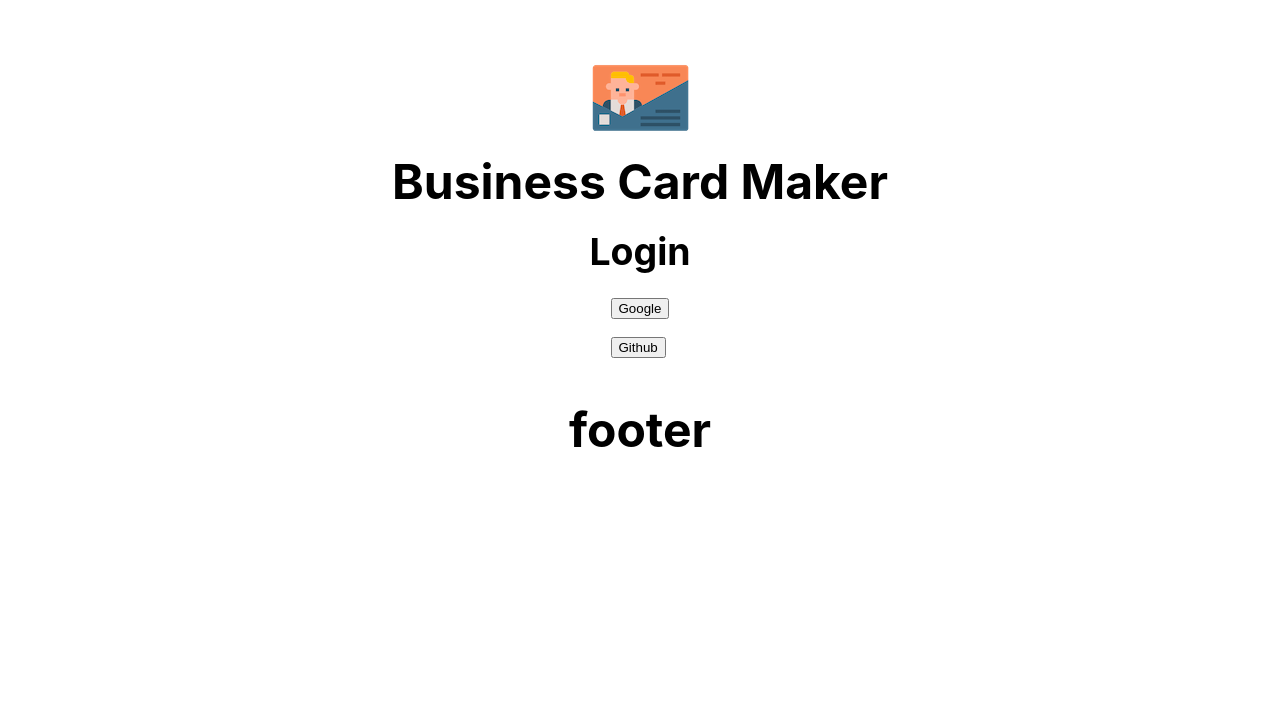
Repository: gomgomigom/firebase_practice_card_maker
Page: /
The author's editor kept a copy of each file at every save. The page is drawn from the files as they stood at one save, then again after a run of saves.
The browser window is 1280 px wide. The pictures show the whole page.
The page's requests for data from a server got no answer. The project was rebuilt for these pictures with package versions that can differ from the ones it lists, and the page was loaded fresh each time. No one was signed in, and anything a server would have sent is missing.

Above is the page before, as saved 2022-01-21 13:52:55.

### public/index.html
<!DOCTYPE html>
<html lang="en">
  <head>
    <meta charset="utf-8" />
    <link rel="icon" href="./images/logo.png" />
    <meta name="viewport" content="width=device-width, initial-scale=1" />
    <meta name="theme-color" content="#000000" />
    <meta
      name="description"
      content="Web site created using create-react-app"
    />
    <title>Card-Maker</title>
  </head>
  <body>
    <noscript>You need to enable JavaScript to run this app.</noscript>
    <div id="root"></div>
  </body>
</html>

### src/index.js
import React from 'react';
import ReactDOM from 'react-dom';
import './index.module.css';
import App from './app';
import AuthService from './service/auth_service';

const authService = new AuthService();
ReactDOM.render(
  <React.StrictMode>
    <App authService={authService} />
  </React.StrictMode>,
  document.getElementById('root')
);

### src/app.js
import './app.css';
import Login from './components/login/login';

function App({ authService }) {
  return (
    <h1>
      <Login authService={authService} />
    </h1>
  );
}

export default App;

### src/service/auth_service.js
import firebase from 'firebase';
import firebaseApp from './firebase';

class AuthService {
  login(providerName) {
    const authProvider = new firebase.auth[`${providerName}AuthProvider`]();
    return firebaseApp.auth().signInWithPopup(authProvider);
  }
}
export default AuthService;

### src/components/login/login.jsx
import React from 'react';
import Footer from '../footer/footer';
import Header from '../header/header';
import styles from './login.module.css';

const Login = ({ authService }) => {
  const onLogin = (event) => {
    authService //
      .login(event.currentTarget.textContent)
      .then(console.log);
  };

  return (
    <section className={styles.login}>
      <Header />
      <section className={styles.loginList}>
        <h1 className={styles.title}>Login</h1>
        <ul>
          <li>
            <button className={styles.button} onClick={onLogin}>
              Google
            </button>
          </li>
          <li>
            <button className={styles.button} onClick={onLogin}>
              Github
            </button>
          </li>
        </ul>
      </section>
      <Footer />
    </section>
  );
};

export default Login;

### src/service/firebase.js
import firebase from 'firebase';

const firebaseConfig = {
  apiKey: process.env.REACT_APP_FIREBASE_API_KEY,
  authDomain: process.env.REACT_APP_FIREBASE_AUTH_DOMAIN,
  projectId: process.env.REACT_APP_FIREBASE_PROJECT_ID,
  storageBucket: process.env.REACT_APP_FIREBASE_STORAGE_BUCKET,
};

const firebaseApp = firebase.initializeApp(firebaseConfig);

export default firebaseApp;

### src/components/footer/footer.jsx
import React from 'react';

const Footer = (props) => <h1>footer</h1>;

export default Footer;

### src/components/header/header.jsx
import React from 'react';
import styles from './header.module.css';

const Header = ({ onLogout }) => {
  return (
    <header className={styles.header}>
      {onLogout && (
        <button className={styles.button} onClick={onLogout}>
          Logout
        </button>
      )}
      <img className={styles.logo} src='/images/logo.png' alt='logo' />
      <h1 className={styles.title}>Business Card Maker</h1>
    </header>
  );
};

export default Header;

### src/components/login/login.module.css
@value makerGrey from '../../common/colors.css';
@value makerWhite from '../../common/colors.css';

.login {
  display: flex;
  flex-direction: column;
  align-items: center;
  justify-content: center;
  background-color: makerGrey;
  padding: 2rem;
}

.loginList {
  width: 40rem;
  flex-direction: column;
  display: flex;
  align-items: center;
  justify-content: center;
  background-color: makerWhite;
}

li {
  list-style: none;
}

ul {
  margin: 0;
  padding: 0;
}

.title {
  margin: 0.5rem;
}

### src/components/header/header.module.css
@value makerBlack from '../../common/colors.css';
@value makerGreen from '../../common/colors.css';
@value makerWhite from '../../common/colors.css';
@value makerWheat from '../../common/colors.css';

.header {
  width: 40rem;
  display: flex;
  flex-wrap: wrap;
  flex-direction: column;
  justify-content: center;
  align-items: center;
  font-size: 2rem;
  background-color: makerGreen;
}

.logo {
  margin: 0.6rem;
}

.title {
  color: makerWhite;
  margin: 0.6rem;
}

Loaded but not shown: src/index.module.css (common file); src/app.css (common file)

After the next 3 saves:
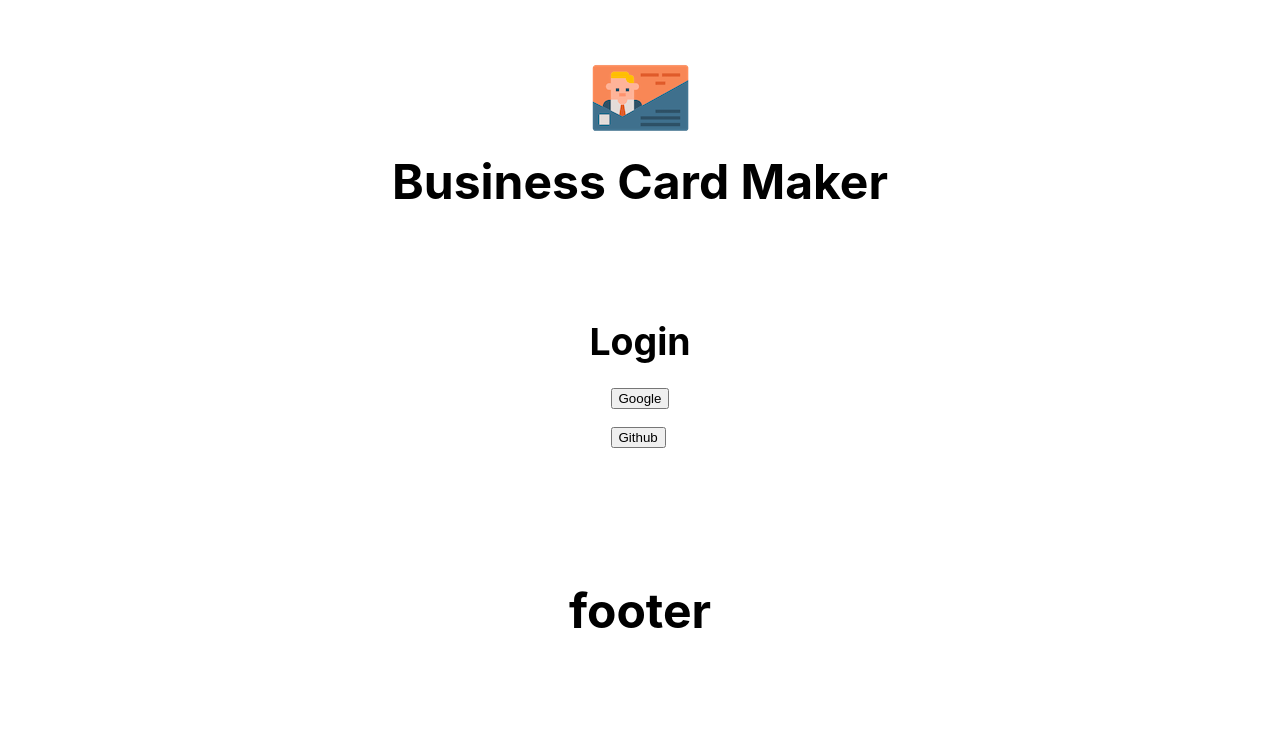
The 3 saves are shown as one change because they came seconds apart.
The last was saved 27 s later.
--- a/src/components/login/login.module.css
+++ b/src/components/login/login.module.css
@@ -12,6 +12,7 @@
 
 .loginList {
   width: 40rem;
+  height: 20rem;
   flex-direction: column;
   display: flex;
   align-items: center;
